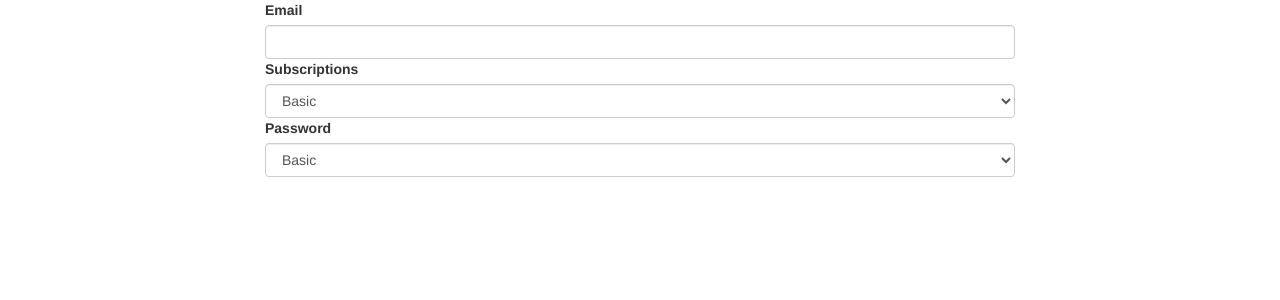
Repository: NikitasX/AngularCourse
Page: / (app in td-forms-assignment/)
These files come from the project's save history. The page is drawn as it stood at one moment and after the next save; the edit follows.
The browser window is 1280 px wide. The pictures show the whole page.
The project was rebuilt for these pictures with package versions that can differ from the ones it lists, and the page was loaded fresh each time. Also part of the build but not shown: td-forms-assignment/angular.json.

Above is the page before, as saved 2020-09-25 16:34:15.

### td-forms-assignment/src/app/app.component.html
<div class="container">
  <div class="row">
    <div class="col-xs-12 col-sm-10 col-md-8 col-sm-offset-1 col-md-offset-2">

      <form>
        <div class="form-group">
          <label for="email">Email</label>
          <input
            type="email"
            class="form-control"
            required
            email>

            <label for="subscriptions">Subscriptions</label>
            <select class="form-control">
              <option value="basic">Basic</option>
              <option value="advanced">Advanced</option>
              <option value="pro">Pro</option>
            </select>

            <label for="password">Password</label>
            <select class="form-control">
              <option value="basic">Basic</option>
              <option value="advanced">Advanced</option>
              <option value="pro">Pro</option>
            </select>
        </div>
      </form>

      <!-- Add a Form with the following Inputs (and Validators)
           1) Mail address (should not be empty and should be an email address)
           2) A Dropdown which allows the user to select from three different Subscriptions ("Basic", "Advanced", "Pro")
              Set "Advanced" as Default
           3) A Password field (should not be empty)
           4) A Submit Button

           Display a warning message if the Form is invalid AND was touched. Display a warning message below each input if it's invalid.

           Upon submitting the form, you should simply print the Value of the Form to the Console.
           Optionally, display it in your template.
      -->
    </div>
  </div>
</div>

Loaded but not shown: td-forms-assignment/src/index.html (common file); td-forms-assignment/src/styles.css (common file); td-forms-assignment/src/main.ts (common file); td-forms-assignment/src/app/app.module.ts (common file); td-forms-assignment/src/environments/environment.ts (common file); td-forms-assignment/src/app/app.component.ts (common file); td-forms-assignment/src/app/app.component.css (no stored copy; drawn as an empty file)

After the next save:
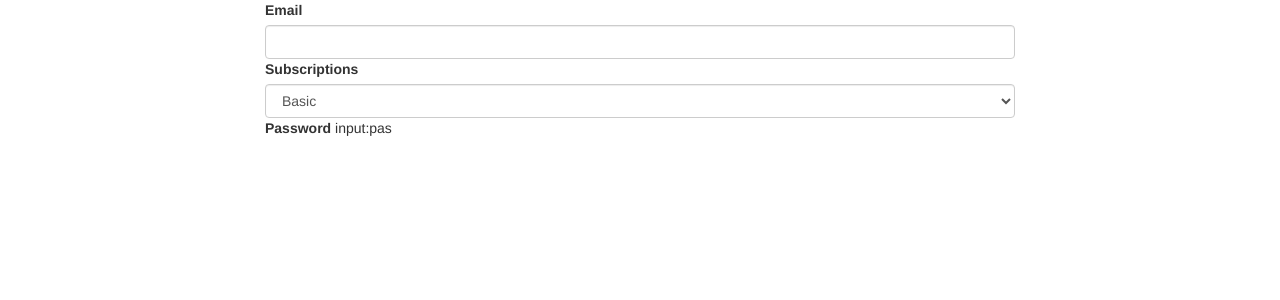
Saved 7 s later.
--- a/td-forms-assignment/src/app/app.component.html
+++ b/td-forms-assignment/src/app/app.component.html
@@ -19,11 +19,7 @@
             </select>
 
             <label for="password">Password</label>
-            <select class="form-control">
-              <option value="basic">Basic</option>
-              <option value="advanced">Advanced</option>
-              <option value="pro">Pro</option>
-            </select>
+            input:pas
         </div>
       </form>
 
